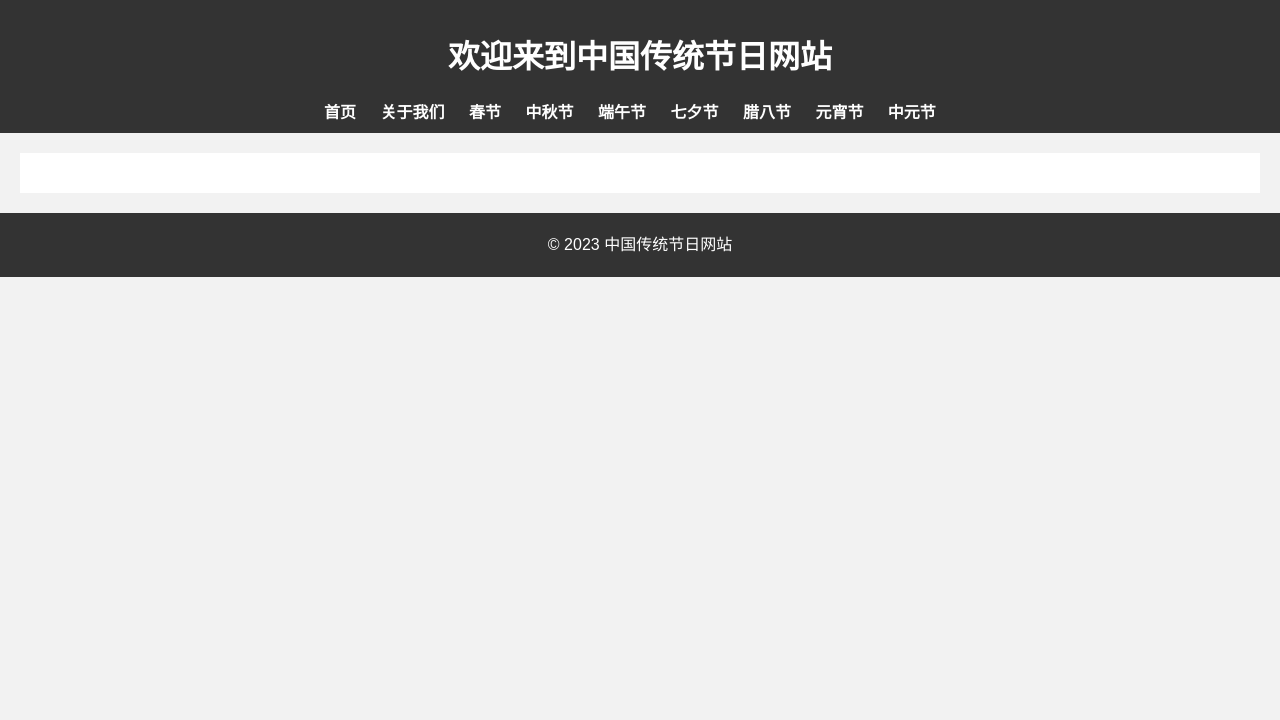
Repository: XueJie1/computer-operation-basics
Page: about.html
An editor plug-in stored every save of this project. The page is shown before and after the next save, followed by the edit.
The browser window is 1280 px wide. The pictures show the whole page.

Above is the page before, as saved 2023-09-03 13:58:35.

### about.html
<!DOCTYPE html>
<html lang="en">

<head>
    <meta charset="UTF-8">
    <meta name="viewport" content="width=device-width, initial-scale=1.0">
    <title>关于</title>
    <link rel="stylesheet" type="text/css" href="../css/styles.css" />
    <script src="https://cdn.bootcdn.net/ajax/libs/jquery/3.6.4/jquery.js"></script>
</head>

<body>
    <header>
        <h1>欢迎来到中国传统节日网站</h1>
        <nav>
            <ul>
                <li><a href="index.html">首页</a></li>
                <li><a href="about.html">关于我们</a></li>
                <li><a href="./pages/springfes/springfestival.html">春节</a></li>
                <li><a href="./pages/midautumn/midautumnfestival.html">中秋节</a></li>
                <li><a href="./pages/dragonboatfes/dragonboatfestival.html">端午节</a></li>
                <li><a href="./pages/qixifes/qixifestival.html">七夕节</a></li>
                <li><a href="./pages/labafes/labafestival.html">腊八节</a></li>
                <li><a href="../lanternfes/lanternfestival.html">元宵节</a></li>
                <li><a href="../hungryghostfes/hungryghostfestival.html">中元节</a></li>


            </ul>
        </nav>
    </header>
    <main></main>
    <footer>
        <p>&copy; 2023 中国传统节日网站</p>
    </footer>

</body>

</html>

### css/styles.css

body {
    font-family: Arial, sans-serif;
    margin: 0;
    padding: 0;
    background-color: #f2f2f2;
}

/* 样式化导航菜单 */
header , .header{
    background-color: #333;
    color: #fff;
    padding: 10px 0;
}


.header h1, header h1{
    text-align: center;
    text-decoration: none;
    color: #fff;
}

.banner {
    text-align: center;
    width: 80%;
    height: auto;
}

nav ul {
    list-style-type: none;
    margin: 0;
    padding: 0;
    text-align: center;
}

nav ul li {
    display: inline;
    margin-right: 20px;
}

nav ul li a {
    text-decoration: none;
    color: #fff;
    font-weight: bold;
    font-size: 16px;
}

nav ul li a:hover {
    color: #ff9900; /* 鼠标悬停时的颜色 */
}

main {
    margin: 20px 20px 20px 20px;
}

footer p , .footer p{
    color: #fff;
    text-align: center;
    background-color: #333;
    padding-top: 20px;
    padding-bottom: 20px;
}

/* 为网页容器设置样式 */
.container {
    display: flex;
}

/* 侧边栏样式 */
.sidebar {
    flex: 0 0 10%; /* 侧边栏占据25%的宽度 */
    background-color: #333;
    color: #fff;
    padding: 20px;
}

.sidebar ul {
    list-style-type: none;
    padding: 0;
}

.sidebar ul li {
    margin-bottom: 10px;
}

.sidebar ul li a {
    text-decoration: none;
    color: #fff;
    font-weight: bold;
    font-size: 16px;
}

/* 主内容区域样式 */
main {
    flex: 0 0 75%; /* 主内容区域占据75%的宽度 */
    background-color: #fff;
    padding: 20px;
}

/* 标题样式 */
/* h1 {
    font-size: 28px;
    color: #333;
    margin-top: 0;
} */

h2 {
    font-size: 24px;
    color: #333;
}

/* 正文样式 */
p {
    font-size: 16px;
    line-height: 1.5;
    color: #555;
}

section {
    margin-left: 20px;
}

After the next save:
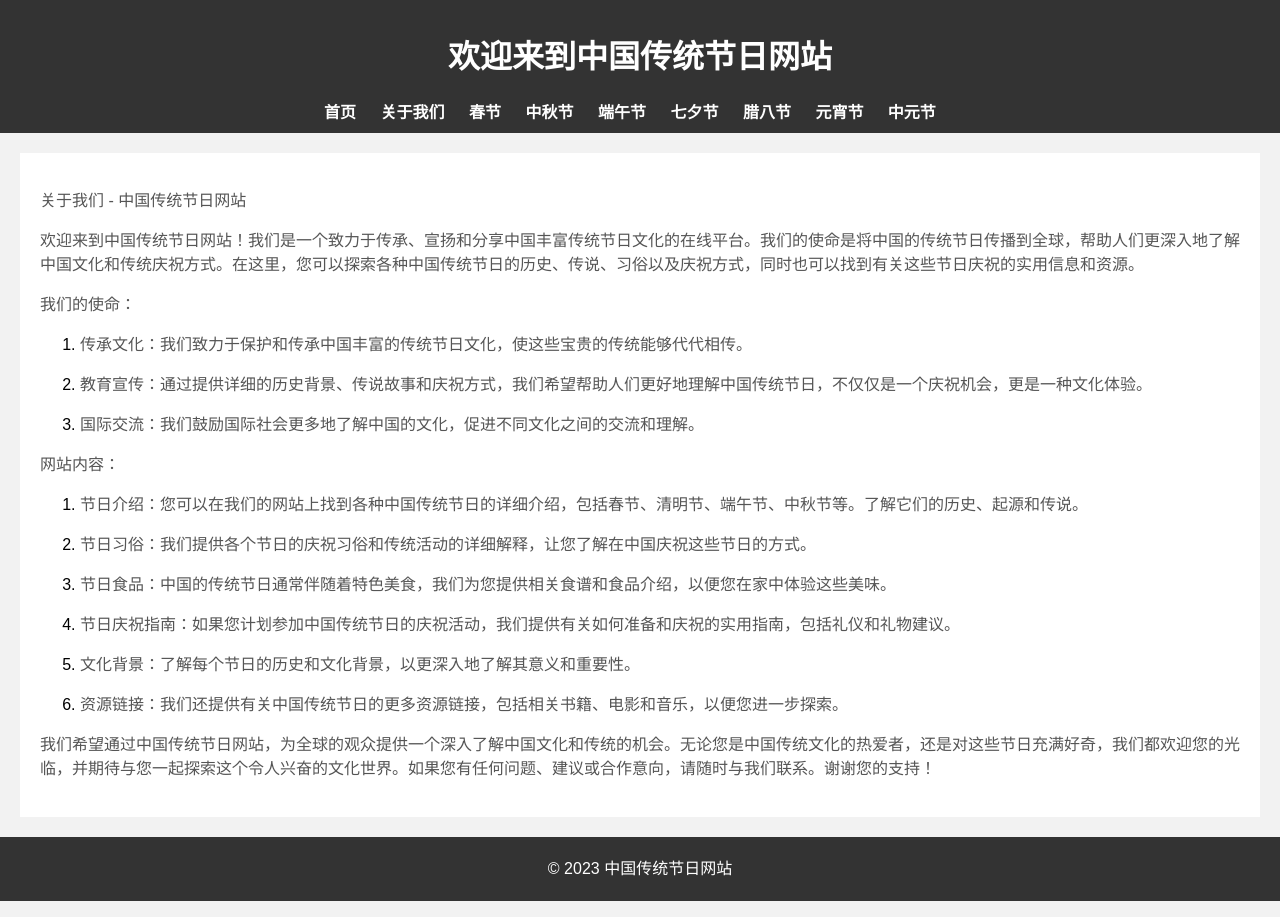
Saved 2 min 44 s later.
--- a/about.html
+++ b/about.html
@@ -28,7 +28,47 @@
             </ul>
         </nav>
     </header>
-    <main></main>
+    <main>
+        <p>关于我们 - 中国传统节日网站</p>
+        <p>欢迎来到中国传统节日网站！我们是一个致力于传承、宣扬和分享中国丰富传统节日文化的在线平台。我们的使命是将中国的传统节日传播到全球，帮助人们更深入地了解中国文化和传统庆祝方式。在这里，您可以探索各种中国传统节日的历史、传说、习俗以及庆祝方式，同时也可以找到有关这些节日庆祝的实用信息和资源。
+        </p>
+        <p>我们的使命：</p>
+        <ol>
+            <li>
+                <p>传承文化：我们致力于保护和传承中国丰富的传统节日文化，使这些宝贵的传统能够代代相传。</p>
+            </li>
+            <li>
+                <p>教育宣传：通过提供详细的历史背景、传说故事和庆祝方式，我们希望帮助人们更好地理解中国传统节日，不仅仅是一个庆祝机会，更是一种文化体验。</p>
+            </li>
+            <li>
+                <p>国际交流：我们鼓励国际社会更多地了解中国的文化，促进不同文化之间的交流和理解。</p>
+            </li>
+        </ol>
+        <p>网站内容：</p>
+        <ol>
+            <li>
+                <p>节日介绍：您可以在我们的网站上找到各种中国传统节日的详细介绍，包括春节、清明节、端午节、中秋节等。了解它们的历史、起源和传说。</p>
+            </li>
+            <li>
+                <p>节日习俗：我们提供各个节日的庆祝习俗和传统活动的详细解释，让您了解在中国庆祝这些节日的方式。</p>
+            </li>
+            <li>
+                <p>节日食品：中国的传统节日通常伴随着特色美食，我们为您提供相关食谱和食品介绍，以便您在家中体验这些美味。</p>
+            </li>
+            <li>
+                <p>节日庆祝指南：如果您计划参加中国传统节日的庆祝活动，我们提供有关如何准备和庆祝的实用指南，包括礼仪和礼物建议。</p>
+            </li>
+            <li>
+                <p>文化背景：了解每个节日的历史和文化背景，以更深入地了解其意义和重要性。</p>
+            </li>
+            <li>
+                <p>资源链接：我们还提供有关中国传统节日的更多资源链接，包括相关书籍、电影和音乐，以便您进一步探索。</p>
+            </li>
+        </ol>
+        <p>我们希望通过中国传统节日网站，为全球的观众提供一个深入了解中国文化和传统的机会。无论您是中国传统文化的热爱者，还是对这些节日充满好奇，我们都欢迎您的光临，并期待与您一起探索这个令人兴奋的文化世界。如果您有任何问题、建议或合作意向，请随时与我们联系。谢谢您的支持！
+        </p>
+
+    </main>
     <footer>
         <p>&copy; 2023 中国传统节日网站</p>
     </footer>
